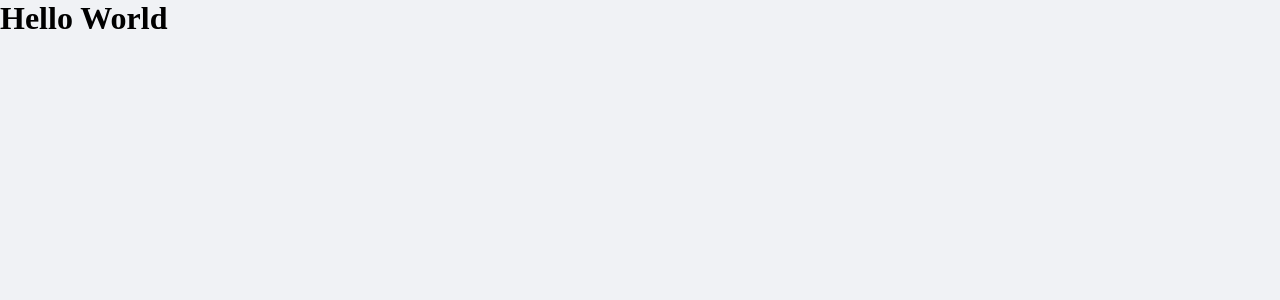
Repository: WillCS84/WC_Money
Page: /
These files come from the project's save history. The page is drawn as it stood at one moment and after the next save; the edit follows.
The browser window is 1280 px wide. The pictures show the whole page.
The project was rebuilt for these pictures with package versions that can differ from the ones it lists, and the page was loaded fresh each time.

Above is the page before, as saved 2022-07-10 22:20:27.

### public/index.html
<!DOCTYPE html>
<html lang="en">
  <head>
    <meta charset="utf-8" />
    <meta name="viewport" content="width=device-width, initial-scale=1" />

    <link rel="shortcut icon" href="favicon.png" type="image/png" />

    <title>WC Money</title>
  </head>
  <body>
    <noscript>You need to enable JavaScript to run this app.</noscript>
    <div id="root"></div>
  </body>
</html>

### src/styles/global.ts
import { createGlobalStyle } from "styled-components";

export const GlobalStyle = createGlobalStyle`
  :root {
    --background: #f0f2f5;
    --shape: #ffffff;

    --red: #e52e4d;
    --blue: #5429cc;

    --blue-light: #6933ff;

    -text-tile: #363f5f;
    --text-body: #969cb3;
  }

  * {
    margin: 0;
    padding: 0;
    box-sizing: border-box;
  }

  html {
    @media (max-width:1080px){
      font-size: 93.75%;
    }
    @media (max-width: 720px) {
      font-size: 87.5%;
    }
  }

  body {
    background: var(--background);
    -webkit-font-smoothing: antialiased;
  }

  button {
    cursor: pointer;
  }

  [disabled] {
    opacity: 0.6;
    cursor: not-allowed;
  }

`;

Loaded but not shown: src/index.tsx (common file); src/App.tsx (common file)

After the next save:
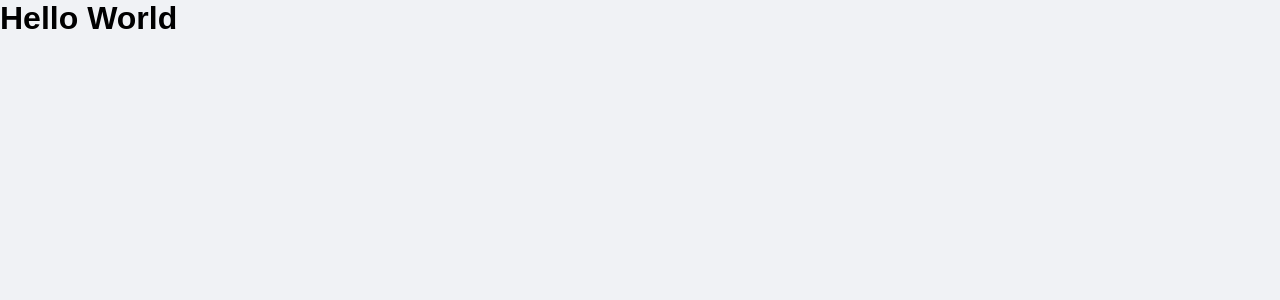
Saved 6 min 49 s later.
--- a/src/styles/global.ts
+++ b/src/styles/global.ts
@@ -34,6 +34,11 @@ export const GlobalStyle = createGlobalStyle`
     -webkit-font-smoothing: antialiased;
   }
 
+  body, input, textarea, button {
+    font-family: "Poppins", sans-serif;
+    font-weight: 400;
+  }
+
   button {
     cursor: pointer;
   }
